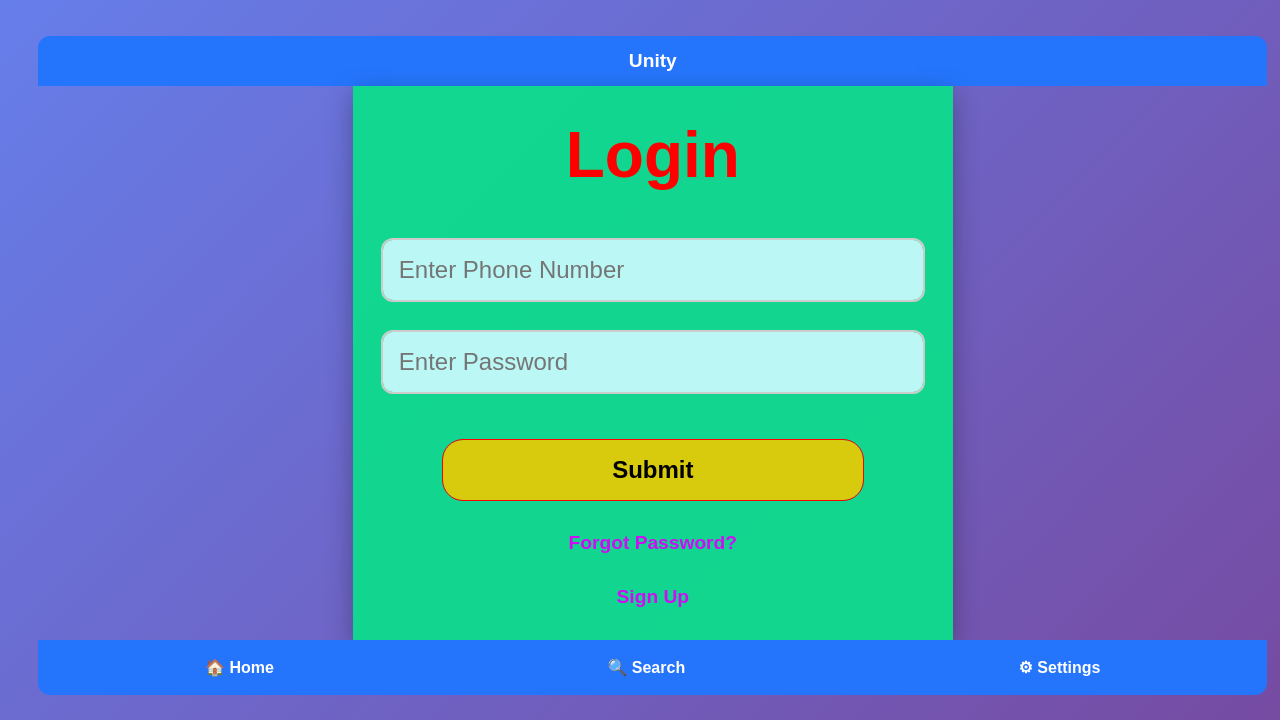
Repository: Amani-Kibet/express-app-web
Page: pages/chat.html
These files come from the project's save history. The page is drawn as it stood at one moment and after the next save; the edit follows.
The browser window is 1280 px wide. The pictures show the whole page.

Above is the page before, as saved 2025-09-29 11:34:30.

After the next save:
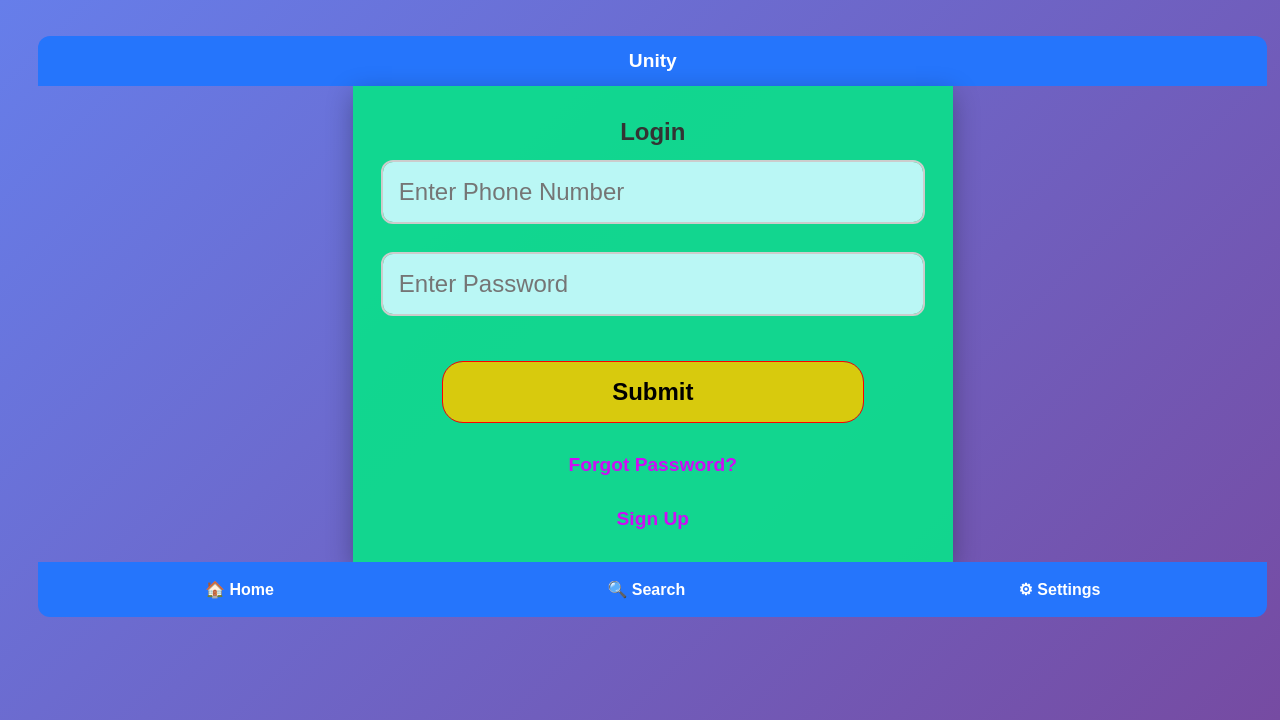
Saved 69 s later.
--- a/pages/chat.html
+++ b/pages/chat.html
@@ -106,12 +106,7 @@
     .bottom-bar-log a:hover {
       color: yellow;
     }
-    h2 {
-      color: red;
-      font-size: clamp(2rem, 6vw, 4rem);
-      margin-bottom: 2rem;
-      text-align: center;
-    }
+
 
     .inputs {
       width: 90%;

After the save that followed:
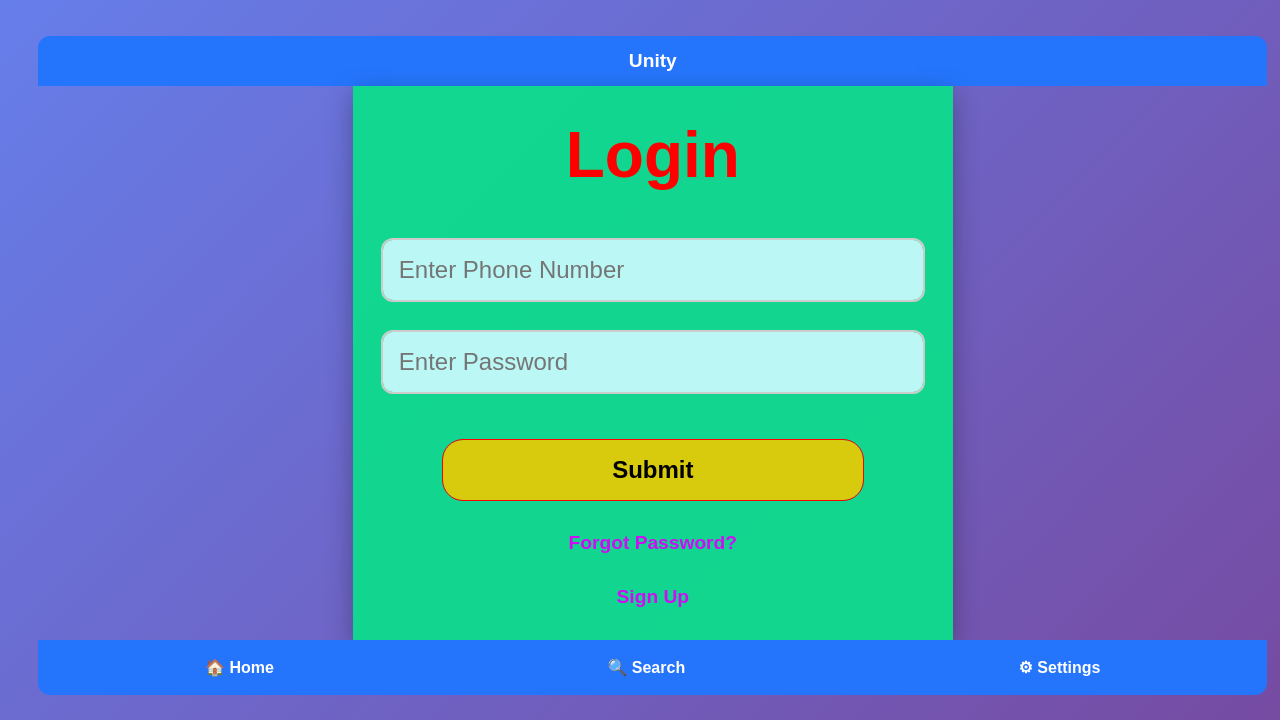
Saved 14 s later.
--- a/pages/chat.html
+++ b/pages/chat.html
@@ -106,7 +106,12 @@
     .bottom-bar-log a:hover {
       color: yellow;
     }
-
+    h2 {
+      color: red;
+      font-size: clamp(2rem, 6vw, 4rem);
+      margin-bottom: 2rem;
+      text-align: center;
+    }
 
     .inputs {
       width: 90%;
